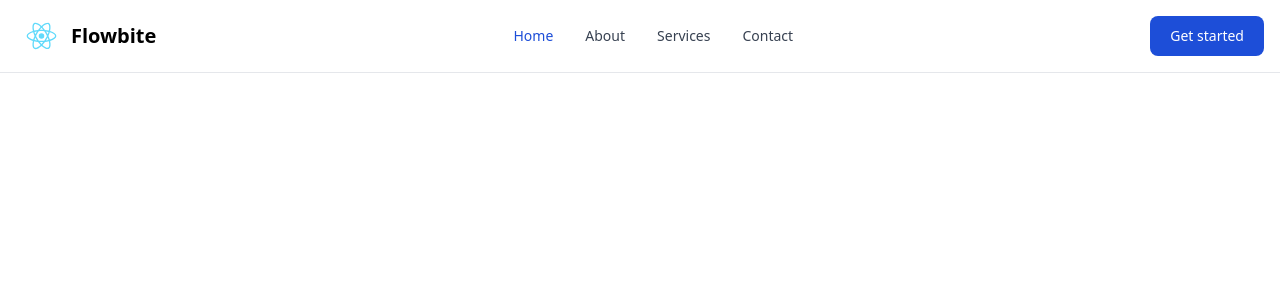
Repository: farrelmuhammad/arkademi-test
Page: /
The author's editor kept a copy of each file at every save. The page is drawn from the files as they stood at one save, then again after the next save.
The browser window is 1280 px wide. The pictures show the whole page.
The project was rebuilt for these pictures with package versions that can differ from the ones it lists, and the page was loaded fresh each time. Also part of the build but not shown: src/App.css.

Above is the page before, as saved 2022-12-28 18:09:03.

### src/App.js
import logo from './logo.svg';
import './App.css';
import Home from './pages/Home';

function App() {
  return (
    <>
      <Home />
    </>
  );
}

export default App;

### src/pages/Home.jsx
import React from "react";
import Navbar from "../components/Navbar";

const Home = () => {
  return (
    <>
      <Navbar />
    </>
  );
};

export default Home;

### src/components/Navbar.jsx
import React from "react";
import Logo from "../assets/Logo.svg";

const Navbar = () => {
  return (
    <>
      <nav class="bg-white px-2 sm:px-4 py-2.5 dark:bg-gray-900 fixed w-full z-20 top-0 left-0 border-b border-gray-200 dark:border-gray-600">
        <div class="container flex flex-wrap items-center justify-between mx-auto">
          <a href="https://flowbite.com/" class="flex items-center">
          <img src={Logo} className="h-1 mr-1 sm:h-9" alt="Arkademi Logo" />
            <span class="self-center text-xl font-semibold whitespace-nowrap dark:text-white">
              Flowbite
            </span>
          </a>
          <div class="flex md:order-2">
            <button
              type="button"
              class="text-white bg-blue-700 hover:bg-blue-800 focus:ring-4 focus:outline-none focus:ring-blue-300 font-medium rounded-lg text-sm px-5 py-2.5 text-center mr-3 md:mr-0 dark:bg-blue-600 dark:hover:bg-blue-700 dark:focus:ring-blue-800"
            >
              Get started
            </button>
            <button
              data-collapse-toggle="navbar-sticky"
              type="button"
              class="inline-flex items-center p-2 text-sm text-gray-500 rounded-lg md:hidden hover:bg-gray-100 focus:outline-none focus:ring-2 focus:ring-gray-200 dark:text-gray-400 dark:hover:bg-gray-700 dark:focus:ring-gray-600"
              aria-controls="navbar-sticky"
              aria-expanded="false"
            >
              <span class="sr-only">Open main menu</span>
              <svg
                class="w-6 h-6"
                aria-hidden="true"
                fill="currentColor"
                viewBox="0 0 20 20"
                xmlns="http://www.w3.org/2000/svg"
              >
                <path
                  fill-rule="evenodd"
                  d="M3 5a1 1 0 011-1h12a1 1 0 110 2H4a1 1 0 01-1-1zM3 10a1 1 0 011-1h12a1 1 0 110 2H4a1 1 0 01-1-1zM3 15a1 1 0 011-1h12a1 1 0 110 2H4a1 1 0 01-1-1z"
                  clip-rule="evenodd"
                ></path>
              </svg>
            </button>
          </div>
          <div
            class="items-center justify-between hidden w-full md:flex md:w-auto md:order-1"
            id="navbar-sticky"
          >
            <ul class="flex flex-col p-4 mt-4 border border-gray-100 rounded-lg bg-gray-50 md:flex-row md:space-x-8 md:mt-0 md:text-sm md:font-medium md:border-0 md:bg-white dark:bg-gray-800 md:dark:bg-gray-900 dark:border-gray-700">
              <li>
                <a
                  href="#"
                  class="block py-2 pl-3 pr-4 text-white bg-blue-700 rounded md:bg-transparent md:text-blue-700 md:p-0 dark:text-white"
                  aria-current="page"
                >
                  Home
                </a>
              </li>
              <li>
                <a
                  href="#"
                  class="block py-2 pl-3 pr-4 text-gray-700 rounded hover:bg-gray-100 md:hover:bg-transparent md:hover:text-blue-700 md:p-0 md:dark:hover:text-white dark:text-gray-400 dark:hover:bg-gray-700 dark:hover:text-white md:dark:hover:bg-transparent dark:border-gray-700"
                >
                  About
                </a>
              </li>
              <li>
                <a
                  href="#"
                  class="block py-2 pl-3 pr-4 text-gray-700 rounded hover:bg-gray-100 md:hover:bg-transparent md:hover:text-blue-700 md:p-0 md:dark:hover:text-white dark:text-gray-400 dark:hover:bg-gray-700 dark:hover:text-white md:dark:hover:bg-transparent dark:border-gray-700"
                >
                  Services
                </a>
              </li>
              <li>
                <a
                  href="#"
                  class="block py-2 pl-3 pr-4 text-gray-700 rounded hover:bg-gray-100 md:hover:bg-transparent md:hover:text-blue-700 md:p-0 md:dark:hover:text-white dark:text-gray-400 dark:hover:bg-gray-700 dark:hover:text-white md:dark:hover:bg-transparent dark:border-gray-700"
                >
                  Contact
                </a>
              </li>
            </ul>
          </div>
        </div>
      </nav>

      {/* <nav className="bg-white border-blue-500 dark:bg-blue-500">
        <div className="flex flex-wrap justify-between items-center mx-auto max-w-screen-xl px-4 md:px-6 py-2.5">
          <a href="https://flowbite.com" className="flex items-center">
            <img src={Logo} className="h-6 mr-3 sm:h-9" alt="Arkademi Logo" />
          </a>
          <div className="h-12 bg-white rounded-2xl py-3 px-6 text-neutral-3 flex lg:bg-[#EEEEEE]">
            <input
              className="w-full h-full bg-transparent focus:outline-none"
              placeholder="Cari di sini ..."
            />
            <FiSearch className="text-2xl" />
          </div>

          <div className="flex items-center">
            <a
              href="tel:5541251234"
              className="mr-6 text-sm font-medium text-gray-500 dark:text-white hover:underline"
            >
              (555) 412-1234
            </a>
            <a
              href="#"
              className="text-sm font-medium text-gray-600 dark:text-white hover:underline"
            >
              Login
            </a>
          </div>
        </div>
      </nav>
      <nav className="bg-white dark:bg-white">
        <div className="max-w-screen-xl px-4 py-3 mx-auto md:px-6">
          <div className="flex items-center">
            <ul className="flex flex-row mt-0 mr-6 space-x-8 text-sm font-medium">
              <li>
                <a
                  href="#"
                  className="text-gray-900 dark:text-dark hover:underline"
                  aria-current="page"
                >
                  Bisnis
                </a>
              </li>
              <li>
                <a
                  href="#"
                  className="text-gray-900 dark:text-dark hover:underline"
                >
                  Keuangan
                </a>
              </li>
              <li>
                <a
                  href="#"
                  className="text-gray-900 dark:text-dark hover:underline"
                >
                  Pengembangan Karier
                </a>
              </li>
              <li>
                <a
                  href="#"
                  className="text-gray-900 dark:text-dark hover:underline"
                >
                  Sertifikasi
                </a>
              </li>
              <li>
                <a
                  href="#"
                  className="text-gray-900 dark:text-dark hover:underline"
                >
                  Teknologi
                </a>
              </li>
              <li>
                <a
                  href="#"
                  className="text-gray-900 dark:text-dark hover:underline"
                >
                  Bahasa
                </a>
              </li>
              <li>
                <a
                  href="#"
                  className="text-gray-900 dark:text-dark hover:underline"
                >
                  Korporat
                </a>
              </li>
              <li>
                <a
                  href="#"
                  className="text-gray-900 dark:text-dark hover:underline"
                >
                  Hobi
                </a>
              </li>
            </ul>
          </div>
        </div>
      </nav> */}
    </>
  );
};

export default Navbar;

Loaded but not shown: public/index.html (common file); src/index.js (common file); src/index.css (common file); src/reportWebVitals.js (common file); tailwind.config.js (common file)

After the next save:
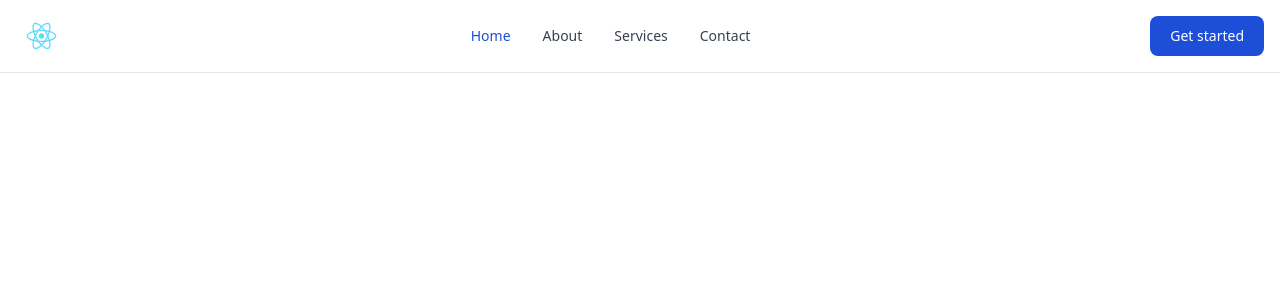
Saved 10 s later.
--- a/src/components/Navbar.jsx
+++ b/src/components/Navbar.jsx
@@ -7,10 +7,7 @@
       <nav class="bg-white px-2 sm:px-4 py-2.5 dark:bg-gray-900 fixed w-full z-20 top-0 left-0 border-b border-gray-200 dark:border-gray-600">
         <div class="container flex flex-wrap items-center justify-between mx-auto">
           <a href="https://flowbite.com/" class="flex items-center">
-          <img src={Logo} className="h-1 mr-1 sm:h-9" alt="Arkademi Logo" />
-            <span class="self-center text-xl font-semibold whitespace-nowrap dark:text-white">
-              Flowbite
-            </span>
+            <img src={Logo} className="h-1 mr-1 sm:h-9" alt="Arkademi Logo" />
           </a>
           <div class="flex md:order-2">
             <button
